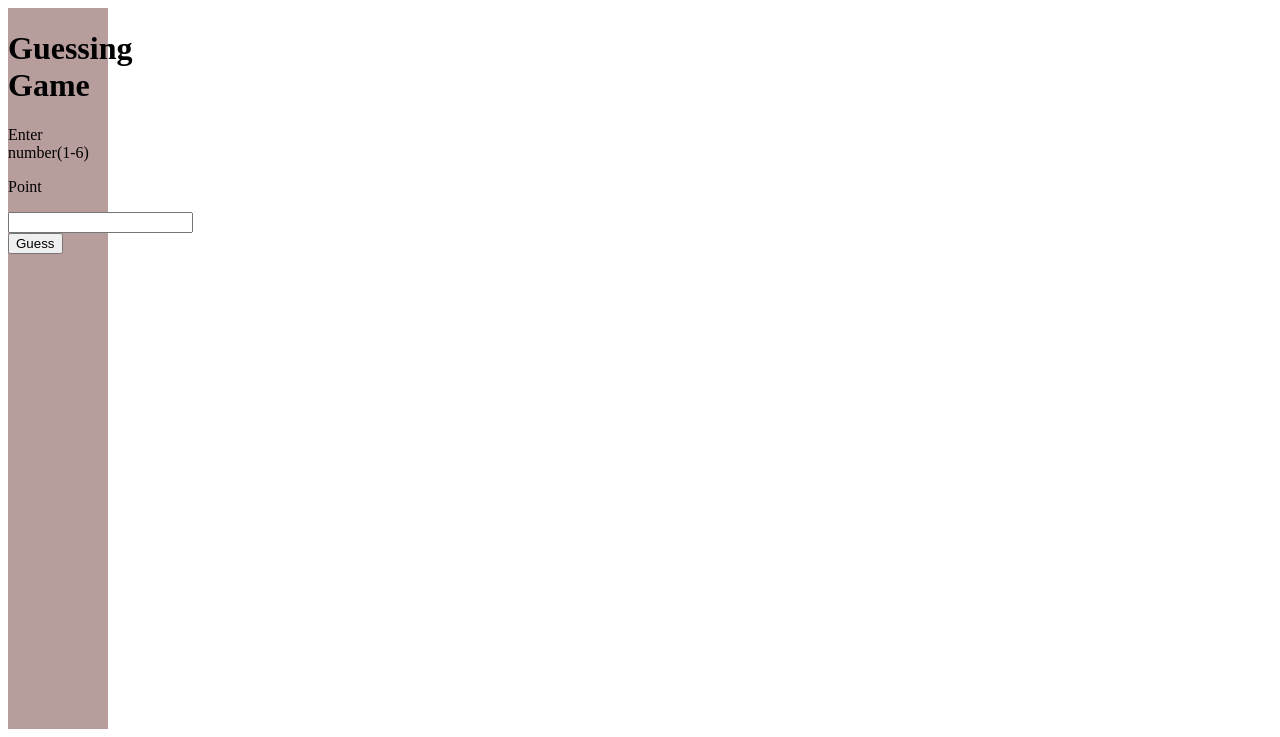
Repository: sedashahnazaryan/Guessing-Game
Page: index.html
An editor plug-in stored every save of this project. The page is shown before and after the next save, followed by the edit.
The browser window is 1280 px wide. The pictures show the whole page.

Above is the page before, as saved 2022-02-23 19:27:21.

### index.html
<!DOCTYPE html>
<html lang="en">
<head>
    <meta charset="UTF-8">
    <meta http-equiv="X-UA-Compatible" content="IE=edge">
    <meta name="viewport" content="width=device-width, initial-scale=1.0">
    <link rel="stylesheet" href="./index.css">
    <title>Gueess Game</title>
</head>
<body>
    <div class="container">
        <h1 class="Guessing">Guessing Game</h1>
     <p class="enter">Enter number(1-6)</p>
     <p class="p">Point</p>
     <input type="num" id="">
     <button id="button">Guess</button>
     <div class="table" id="show-text"></div>
    </div>
 <script src="./index.js"></script>
</body>
</html>

### index.css
.container{

    background-color: #b89d9d;
    height: 100vh;
    width: 100px;
    padding-top:1px;
}

Loaded but not shown: index.js (no copy from this time; the picture is the same without it)

After the next save:
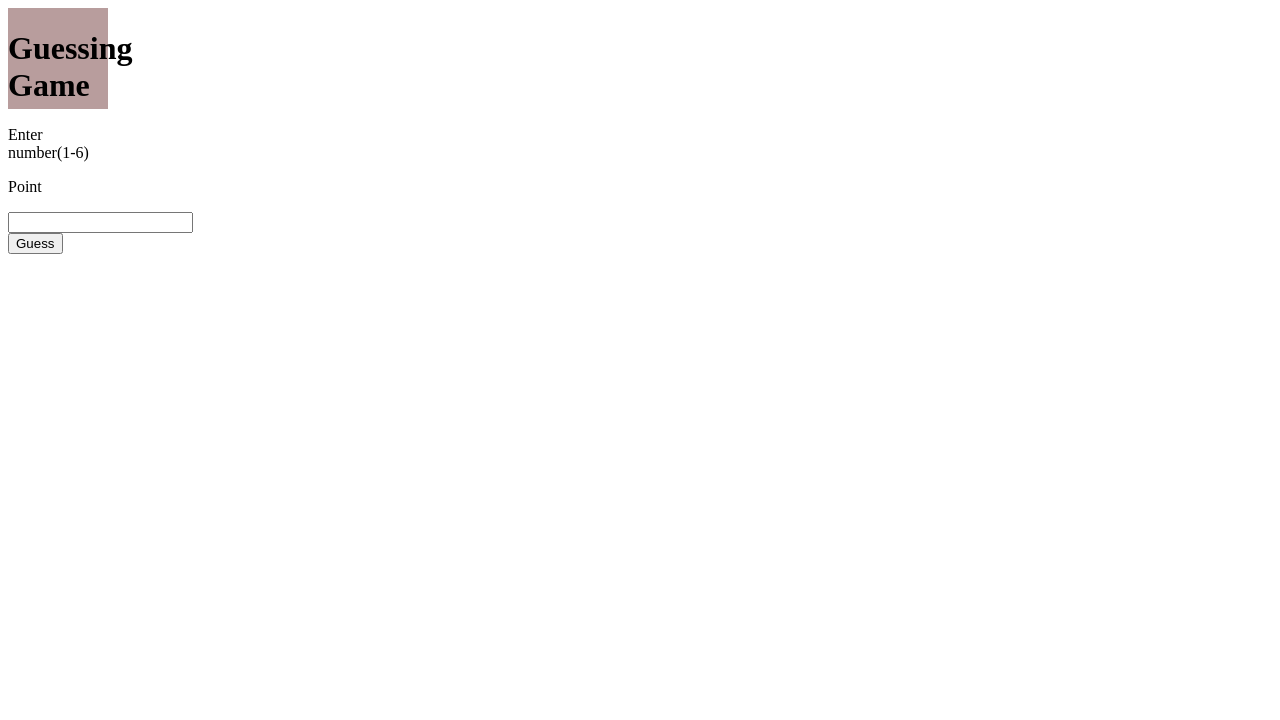
Saved 6 s later.
--- a/index.css
+++ b/index.css
@@ -1,7 +1,7 @@
 .container{
 
     background-color: #b89d9d;
-    height: 100vh;
+    height: 100px;
     width: 100px;
     padding-top:1px;
 }
